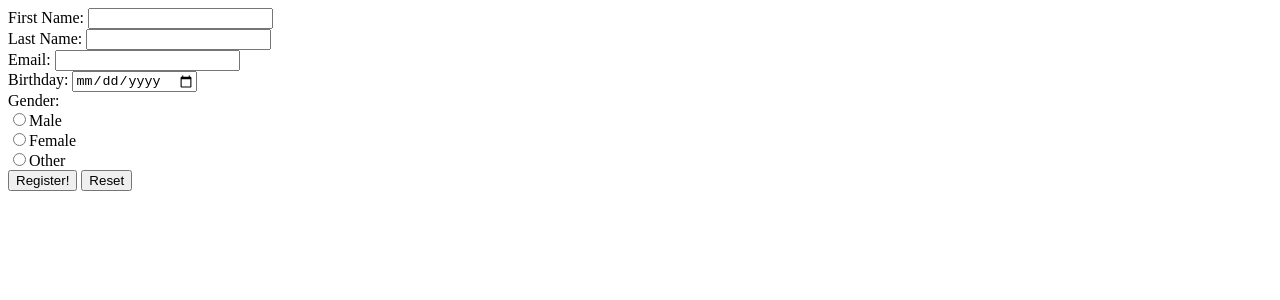
Repository: rileymeye1/ZTM
Page: register.html
These files come from the project's save history. The page is drawn as it stood at one moment and after the next save; the edit follows.
The browser window is 1280 px wide. The pictures show the whole page.

Above is the page before, as saved 2024-08-17 22:23:40.

### register.html
<!DOCTYPE html>
<html lang="en">
  <head>
    <meta charset="UTF-8">
    <meta name="viewport" content="width=device-width, initial-scale=1.0">
    <title>Register</title>
  </head>
  <body>
    <form>
      First Name: <input type="text"><br>
      Last Name: <input type="text"><br>
      Email: <input type="email" required><br>
      Birthday: <input type="date"><br>
      Gender:<br>
      <input type="radio" name="gender">Male<br>
      <input type="radio" name="gender">Female<br>
      <input type="radio" name="gender">Other<br>
      <input type="submit" value="Register!">
      <input type="reset">
    </form>
  </body>
</html>

After the next save:
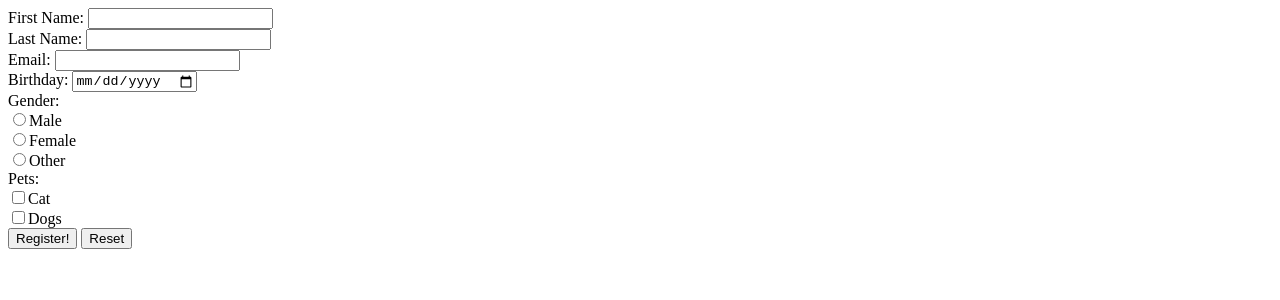
Saved 54 s later.
--- a/register.html
+++ b/register.html
@@ -15,6 +15,9 @@
       <input type="radio" name="gender">Male<br>
       <input type="radio" name="gender">Female<br>
       <input type="radio" name="gender">Other<br>
+      Pets:<br>
+      <input type="checkbox">Cat<br>
+      <input type="checkbox">Dogs<br>
       <input type="submit" value="Register!">
       <input type="reset">
     </form>
